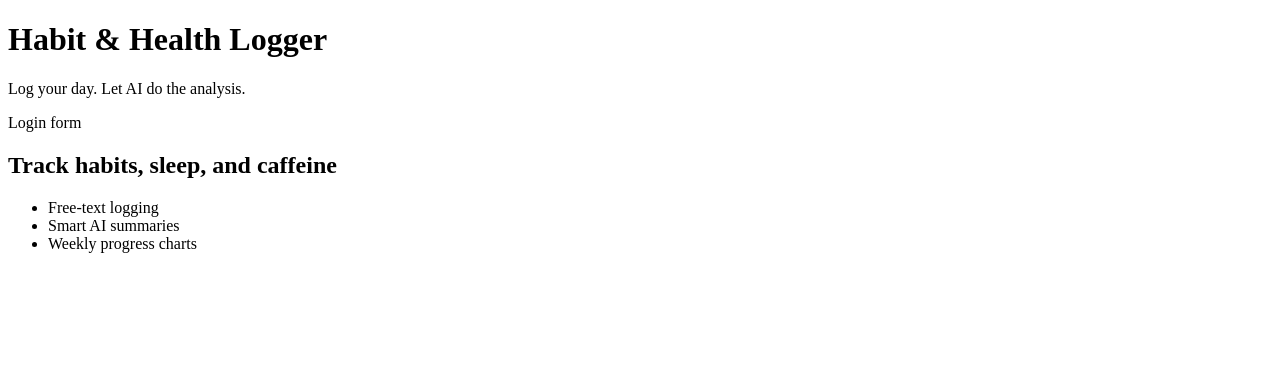
Repository: rawanwehbe6/habit-health-logger
Page: HHL-client/index.html
An editor plug-in stored every save of this project. The page is shown before and after the next save, followed by the edit.
The browser window is 1280 px wide. The pictures show the whole page.

Above is the page before, as saved 2025-11-16 00:32:42.

### HHL-client/index.html
<!DOCTYPE html>
<html lang="en">
<head>
  <meta charset="UTF-8" />
  <title>Habit &amp; Health Logger – Login</title>
  <meta name="viewport" content="width=device-width, initial-scale=1.0" />
</head>
<body class="auth-body">
  <div class="auth-layout">

    <main class="auth-card">
      <h1 class="app-title">Habit &amp; Health Logger</h1>
      <p class="app-subtitle">Log your day. Let AI do the analysis.</p>

      <p>Login form</p>
    </main>

    <aside class="auth-side">
      <h2>Track habits, sleep, and caffeine</h2>
      <ul>
        <li>Free-text logging</li>
        <li>Smart AI summaries</li>
        <li>Weekly progress charts</li>
      </ul>
    </aside>
  </div>
</body>
</html>

After the next save:
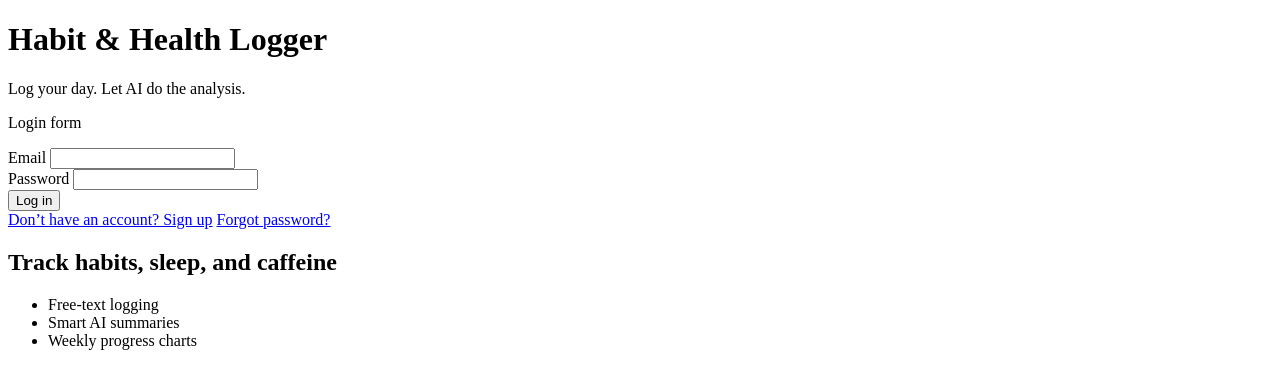
Saved 47 s later.
--- a/HHL-client/index.html
+++ b/HHL-client/index.html
@@ -13,6 +13,36 @@
       <p class="app-subtitle">Log your day. Let AI do the analysis.</p>
 
       <p>Login form</p>
+      <form class="auth-form" id="login-form">
+        <div class="form-group">
+          <label for="email">Email</label>
+          <input
+            type="email"
+            id="email"
+            name="email"
+            autocomplete="email"
+            required
+          />
+        </div>
+
+        <div class="form-group">
+          <label for="password">Password</label>
+          <input
+            type="password"
+            id="password"
+            name="password"
+            autocomplete="current-password"
+            required
+          />
+        </div>
+
+        <button type="submit" class="btn-primary">Log in</button>
+
+        <div class="auth-links">
+          <a href="#" class="auth-link">Don’t have an account? Sign up</a>
+          <a href="#" class="auth-link">Forgot password?</a>
+        </div>
+      </form>
     </main>
 
     <aside class="auth-side">
